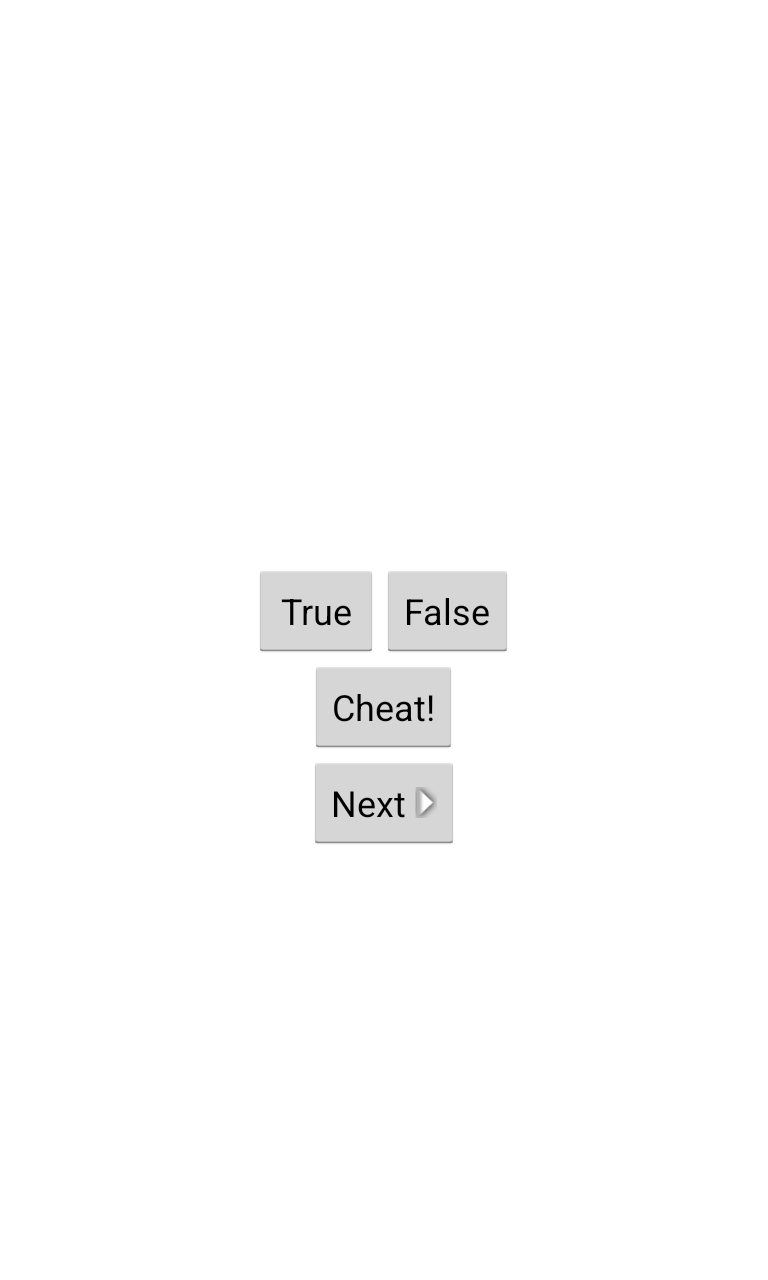
Repository: jdrogers73/GitRepository
Layout: GeoQuizSecondActivity/res/layout/activity_quiz.xml
The author's editor kept a copy of each file at every save. The layout is drawn from the files as they stood at one save, then again after the next save.
It is drawn on a 768 x 1280 px phone screen (xhdpi) without system bars, with theme AppTheme; the app's code is not run.

Above is the layout before, as saved 2013-07-17 17:15:26.

### GeoQuizSecondActivity/res/layout/activity_quiz.xml
<LinearLayout xmlns:android="http://schemas.android.com/apk/res/android"

    android:layout_width="match_parent"
    android:layout_height="match_parent"
    android:padding="@dimen/activity_horizontal_margin"
    android:gravity="center"
    android:background="blue"
    android:orientation="vertical" >

    <TextView
        android:id="@+id/question_text_view"
        android:layout_width="wrap_content"
        android:layout_height="wrap_content"
        android:padding="24dp" />

    <LinearLayout
        android:layout_width="wrap_content"
        android:layout_height="wrap_content"
        android:orientation="horizontal" >

        <Button
            android:id="@+id/true_button"
            android:layout_width="wrap_content"
            android:layout_height="wrap_content"
            android:text="@string/true_button" />

        <Button
            android:id="@+id/false_button"
            android:layout_width="wrap_content"
            android:layout_height="wrap_content"
            android:text="@string/false_button" />

     </LinearLayout>

     <Button
        	android:id="@+id/cheat_button"
        	android:layout_width="wrap_content"
        	android:layout_height="wrap_content"
        	android:text="@string/cheat_button" />

     <Button
            android:id="@+id/next_button"
            android:layout_width="wrap_content"
            android:layout_height="wrap_content"
            android:text="@string/next_button"
            android:drawableRight="@drawable/arrow_right"
            android:drawablePadding="4dp" />

</LinearLayout>

### GeoQuizSecondActivity/res/values/strings.xml
<?xml version="1.0" encoding="utf-8"?>
<resources>

    <string name="app_name">GeoQuizSecondActivity</string>
    <string name="action_settings">Settings</string>
    <string name="true_button">True</string>
    <string name="false_button">False</string>
    <string name="correct_toast">Correct!</string>
    <string name="incorrect_toast">Incorrect!</string>
    <string name="next_button">Next</string>
    <string name="question_oceans">The Pacific Ocean is larger than the Atlantic Oean.</string>
    <string name="question_mideast">The Suez Canal connects the Red Sea and the Indian Ocean.</string>
    <string name="question_africa">The source of the Nile River is in Egypt.</string>
    <string name="question_americas">The Amazon River is the longest river in the Americas.</string>
    <string name="question_asia">Lake Baikal is the world\'s oldest and deepest freshwater lake.</string>
    <string name="cheat_activity_label">Cheat Activity</string>
    <string name="show_answer_button">Show Answer</string>
    <string name="warning_text">Are you sure you want to do this?</string>
    <string name="cheat_button">Cheat!</string>
    <string name="judgment_toast">Cheating is wrong.</string>

</resources>

Loaded but not shown: GeoQuizSecondActivity/res/values/styles.xml (common file); GeoQuizSecondActivity/res/values-v11/styles.xml (common file); GeoQuizSecondActivity/res/values-v14/styles.xml (common file); GeoQuizSecondActivity/res/values/dimens.xml (common file)

After the next save:
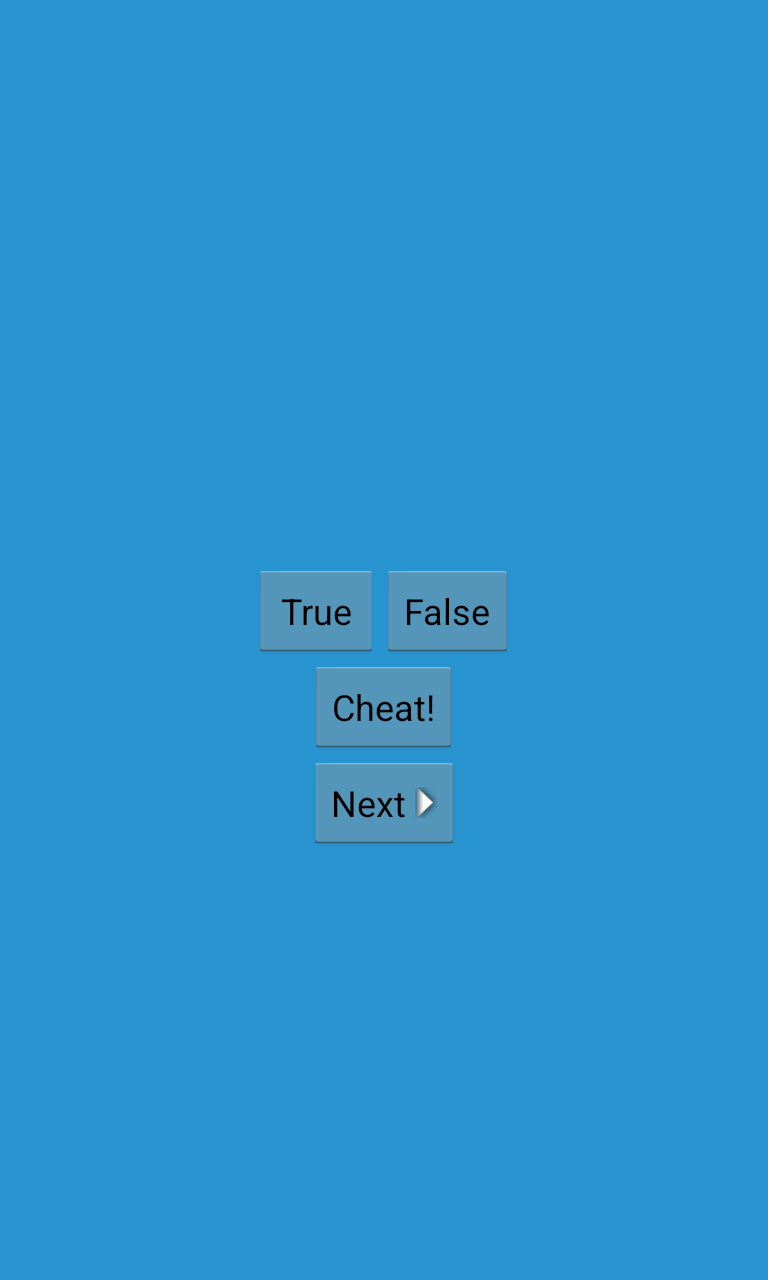
Saved 15 min 5 s later.
--- a/GeoQuizSecondActivity/res/layout/activity_quiz.xml
+++ b/GeoQuizSecondActivity/res/layout/activity_quiz.xml
@@ -4,7 +4,7 @@
     android:layout_height="match_parent"
     android:padding="@dimen/activity_horizontal_margin"
     android:gravity="center"
-    android:background="blue"
+    android:background="#2794CF"
     android:orientation="vertical" >
 
     <TextView
